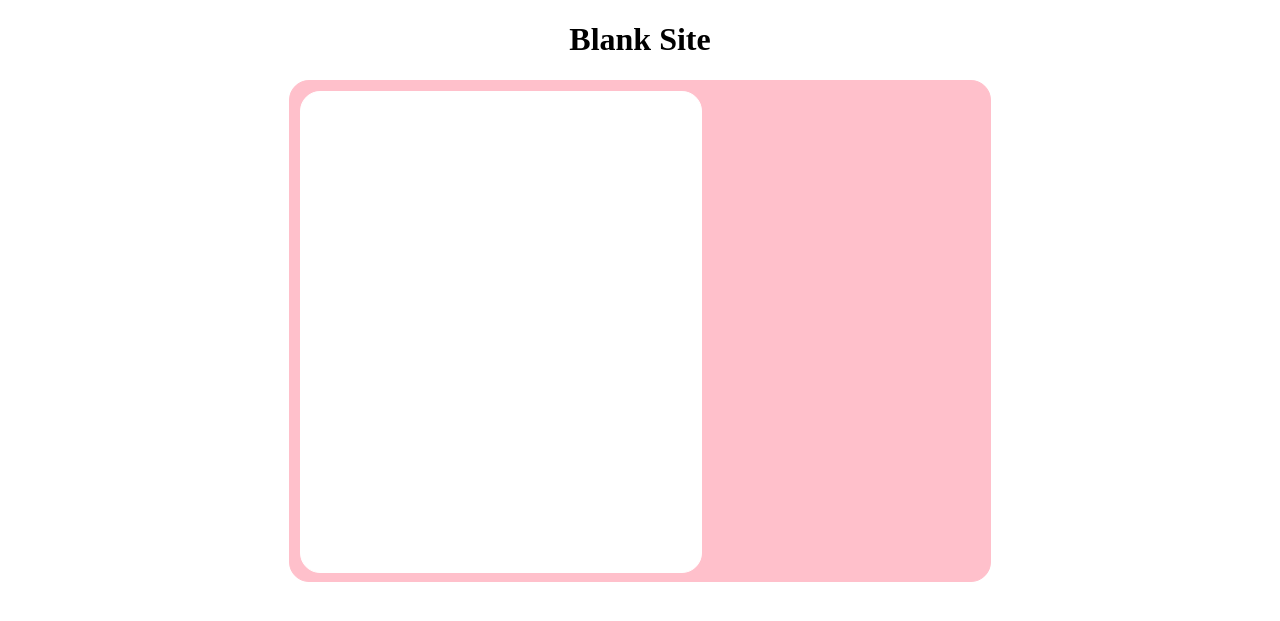
Repository: yhung004/Blank_Project
Page: index.html
An editor plug-in stored every save of this project. The page is shown before and after the next save, followed by the edit.
The browser window is 1280 px wide. The pictures show the whole page.

Above is the page before, as saved 2024-04-04 02:35:51.

### index.html
<!DOCTYPE html>
<html lang="en">
<head>
    <meta charset="UTF-8">
    <meta name="viewport" content="width=device-width, initial-scale=1.0">
    <title>Blank_Project</title>
    <link rel="stylesheet" href="index.css">
</head>
<body>
    <h1 class="header1">Blank Site</h1>
    <div class="main">
        <div class="container"></div>

    </div>

</body>
</html>

### index.css
.header1 {
    text-align: center;
}
.main {
    background-color: pink;
    width: 700px;
    height: 500px;
    margin:auto;
    border: 1px solid pink;
    border-radius: 20px;
}
.container {
    margin:10px;
    background-color:white;
    width:400px;
    height: 480px;
    border :1px solid white;
    border-radius: 20px;
}

After the next save:
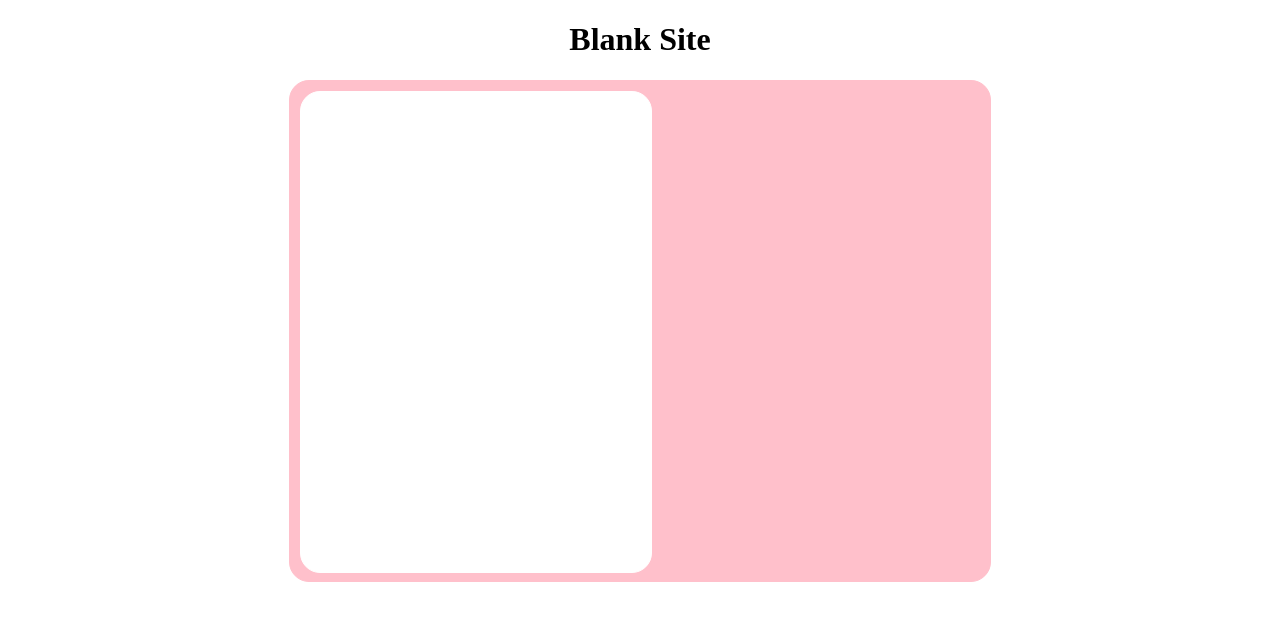
Saved 19 s later.
--- a/index.css
+++ b/index.css
@@ -12,7 +12,7 @@
 .container {
     margin:10px;
     background-color:white;
-    width:400px;
+    width:350px;
     height: 480px;
     border :1px solid white;
     border-radius: 20px;
